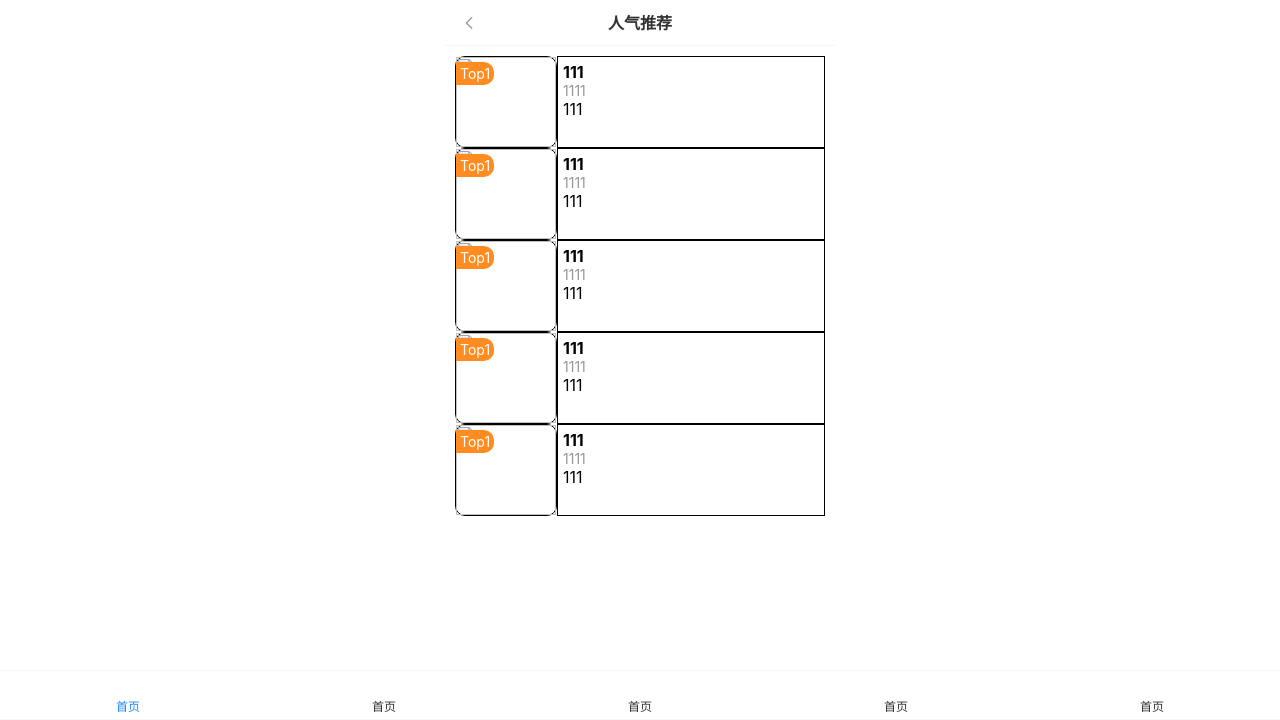
Repository: LXRL/eshop
Page: /#/homePopularity
These files come from the project's save history. The page is drawn as it stood at one moment and after the next save; the edit follows.
The browser window is 1280 px wide. The pictures show the whole page.
The project was rebuilt for these pictures with package versions that can differ from the ones it lists, and the page was loaded fresh each time. Also part of the build but not shown: vue.config.js, src/components/homeGridDetails.vue.

Above is the page before, as saved 2024-12-11 22:44:11.

### src/main.js
import { createApp } from 'vue'
import App from './App.vue'
import router from "./router/indes"
import './assets/css/index.css'

createApp(App).use(router).mount('#app')

### src/components/footer.vue
<template>
    <div class="footer">
        <van-tabbar v-model="active">
            <template v-for="(item, index) in 5">
                <van-tabbar-item to="/home">
                    <span>首页</span>
                    <template #icon>
                        <img src="" alt="">
                    </template>
                </van-tabbar-item>
            </template>
        </van-tabbar>

    </div>
</template>

<script setup>
import { ref } from 'vue'
const active = ref(0);

</script>

<style lang="less" scoped></style>

### src/App.vue
<template>
    <div class="Vue">
        <router-view></router-view>
        <Footer></Footer>
    </div>
</template>

<script setup>
import { ref } from 'vue'
import Footer from './components/footer.vue';

</script>

<style lang="less" scoped>
Footer {
    position: fixed;
    bottom: 0;
    left: 0;
}
</style>

### src/router/indes.js
import { createRouter, createWebHashHistory } from "vue-router";
const router = createRouter({
    history: createWebHashHistory(),
    routes: [
        {
            path: '/',
            redirect: '/home'
        },
        {
            path: '/home',
            component: () => import("../views/home/home.vue")
        },
        {
            path: '/homeWeekly',
            component: () => import('../views/home/homeWeekly.vue')
        },
        {
            path: '/homePopularity',
            component: () => import('../views/home/homePopularity.vue')
        },
        {
            path: '/sort',
            component: () => import("../views/sort/sort.vue")
        },
        {
            path: '/message',
            component: () => import("../views/message/message.vue")
        },
        {
            path: '/shopping',
            component: () => import("../views/shopping/shopping.vue")
        },
        {
            path: '/me',
            component: () => import("../views/me/me.vue")
        },
    ]
})
export default router

### src/views/home/homePopularity.vue
<template>
    <div class="homePopularity">
        <van-nav-bar title="人气推荐" left-arrow @click-left="onClickLeft" />
        <div class="box">
            <template v-for="(item, index) in 5">
                <div class="info">
                    <div class="left">
                        <div class="icon">Top1</div>
                        <img src="" alt="">
                    </div>
                    <div class="right">
                        <h4>111</h4>
                        <p class="message">1111</p>
                        <p class="price">111</p>
                    </div>
                </div>
            </template>
        </div>
    </div>
</template>

<script setup>
import { ref } from 'vue'
</script>

<style lang="less" scoped>
.box {
    padding: 10px;

    .info {
        display: flex;

        .left {
            width: 100px;
            height: 90px;
            border: 1px solid black;
            border-radius: 10px;
            position: relative;

            .icon {
                position: absolute;
                top: 5px;
                left: 0;
                background-color: #FF8C20;
                padding: 3px 4px;
                color: white;
                border-top-right-radius: 10px;
                border-bottom-right-radius: 10px;
                font-size: 14px;
            }

            img {
                width: 100%;
                height: 100%;
            }
        }

        .right {
            flex: 1;
            border: 1px solid black;
            padding: 5px;
            box-sizing: border-box;

            .message {
                font-size: 14px;
                color: #969799;
                margin: ;
            }
        }
    }
}
</style>

### src/assets/css/reset.css
* {
    padding: 0;
    margin: 0;
}

ul {
    list-style: none;
}

a {
    color: black;
    text-decoration: none;
}

body {
    width: 390px;
    margin: 0 auto;

}

:root {
    --van-nav-bar-icon-color: #969799 !important;
}

Loaded but not shown: public/index.html (common file); src/assets/css/index.css (common file)

After the next save:
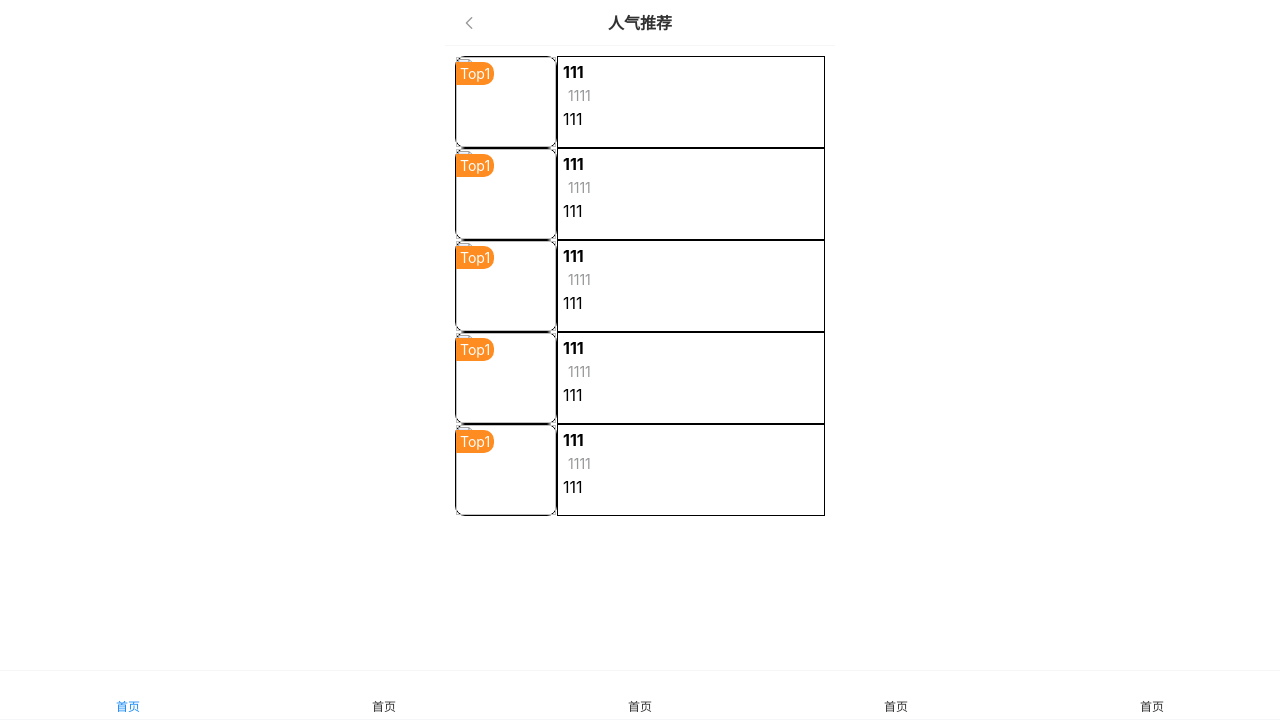
Saved 7 s later.
--- a/src/views/home/homePopularity.vue
+++ b/src/views/home/homePopularity.vue
@@ -64,7 +64,7 @@ import { ref } from 'vue'
             .message {
                 font-size: 14px;
                 color: #969799;
-                margin: ;
+                margin: 5px;
             }
         }
     }
